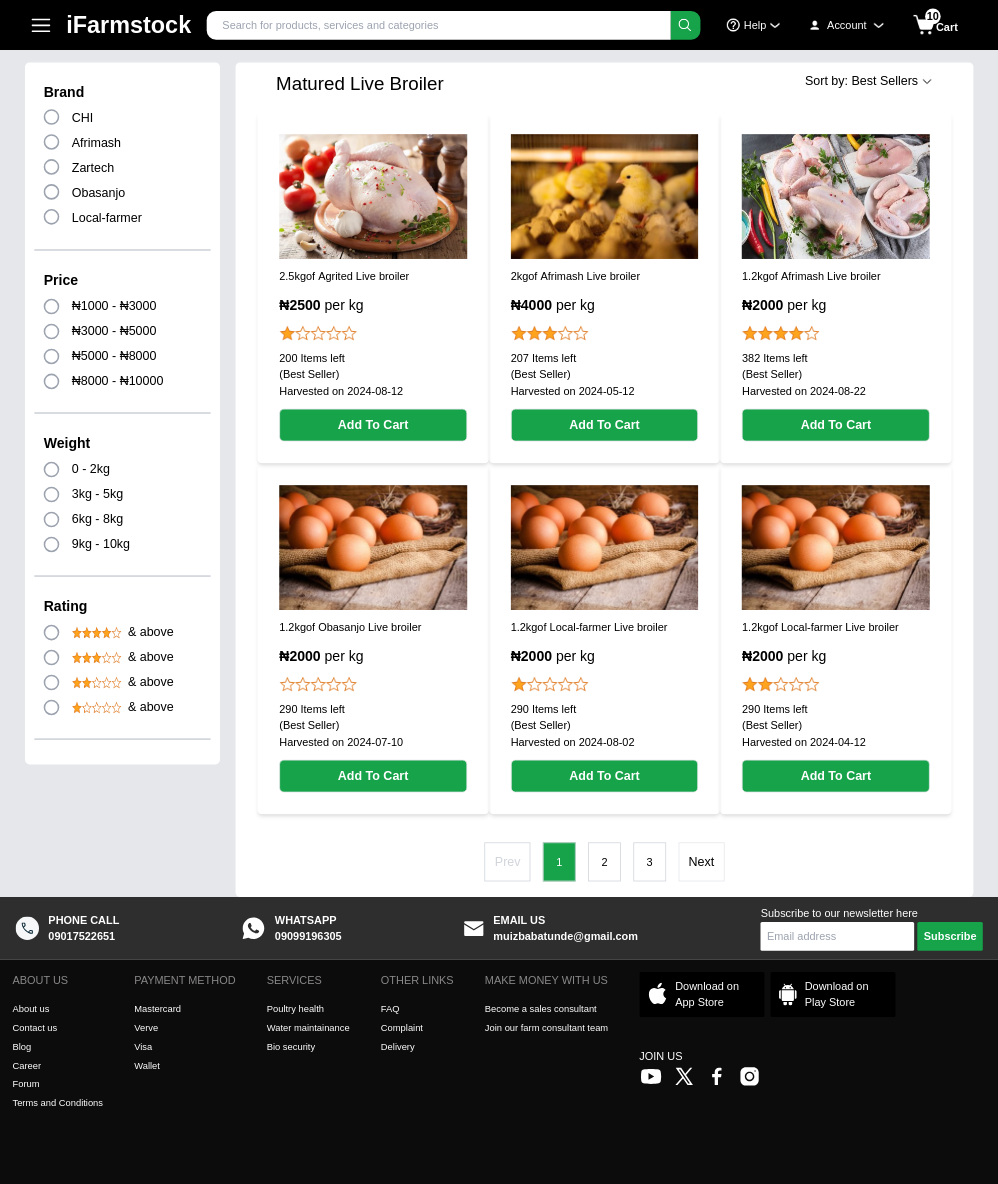
Repository: IssaMuiz/ifarmstock
Page: /matured-broiler
The author's editor kept a copy of each file at every save. The page is drawn from the files as they stood at one save, then again after the next save.
The browser window is 1280 px wide. The pictures show the whole page, at 78% of full size.
The project was rebuilt for these pictures with package versions that can differ from the ones it lists, and the page was loaded fresh each time. The framework's server and built-in components were replaced by stand-ins that run in the browser. Also part of the build but not shown: next.config.mjs.

Above is the page before, as saved 2024-09-12 05:22:58.

### app/layout.tsx
import "@/styles/globals.css";
import Footer from "@/components/footer";
import ClientLayout from "@/components/clientLayout";
export const metadata = {
  title: "iFarmStock",
  description: "Livestock farming e-commerce website",
};

export default function RootLayout({
  children,
}: {
  children: React.ReactNode;
}) {
  return (
    <html lang="en">
      <body className="bg-gray-200 min-h-screen w-auto flex flex-col ">
        <main className="flex-grow">
          <ClientLayout>{children}</ClientLayout>
        </main>
        <footer>
          <Footer />
        </footer>
      </body>
    </html>
  );
}

### styles/globals.css
@tailwind base;
@tailwind components;
@tailwind utilities;

.scrollbar {
  scrollbar-width: thin;
}

.text {
  color: white;
}

body {
  font-family: Arial, Helvetica, sans-serif;
  font-size: 14px;
}

### components/clientLayout.tsx
"use client";
import Navbar from "@/components/navbar";
import Sidenav from "@/components/sidenav";
import { useState, createContext } from "react";

export const SidebarContext = createContext({
  isOpen: false,
  toggleSidebar: () => {},
});

const ClientLayout = ({ children }: { children: React.ReactNode }) => {
  const [isOpen, setIsOpen] = useState(false);

  const toggleSidebar = () => {
    setIsOpen((prev) => !prev);
  };
  return (
    <SidebarContext.Provider value={{ isOpen, toggleSidebar }}>
      <Navbar />
      <Sidenav />
      <div
        className={`fixed inset-0 bg-black transition-opacity duration-300 ease-in-out z-10 ${
          isOpen
            ? "opacity-70 pointer-events-auto"
            : "opacity-0 pointer-events-none"
        }`}
        onClick={toggleSidebar}
      ></div>
      <section
        className={`relative z-0 transition-all duration-300 ease-in-out `}
      >
        {children}
      </section>
    </SidebarContext.Provider>
  );
};

export default ClientLayout;

### components/filter.tsx
import Image from "next/image";

interface ratingImageProps {
  value: number;
  img: string;
}

type PriceType = [number, number] | null;
type weightType = [number, number] | null;
interface FilterProps {
  showWeightFilter?: boolean;
  resetFilter: () => void;
  togglePrice: (range: PriceType) => void;
  toggleWeight: (range: weightType) => void;
  toggleRating: (rate: number) => void;
  toggleBrand: (brand: string) => void;
  selectedBrand: string | null;
  ratingImages: ratingImageProps[];
  priceRange: PriceType;
  weightRange: weightType;
  rating: number | null;
}

const Filter: React.FC<FilterProps> = ({
  showWeightFilter,
  toggleWeight,
  toggleBrand,
  togglePrice,
  toggleRating,
  selectedBrand,
  priceRange,
  weightRange,
  rating,
  ratingImages,
}) => {
  return (
    <section className="Left-side-sorting relative flex-col bg-white p-3 mobile:w-full tablet:w-[250px] text-left rounded-md mobile:h-full tablet:max-h-[900px]">
      <div
        className="flex flex-col gap-2 border-b border-gray-400 p-3 mb-3 pb-5 text-left
      "
      >
        <fieldset className="text-base text-left">
          <legend className="text-lg font-semibold mb-2 ">Brand</legend>
          {["CHI", "Afrimash", "Zartech", "Obasanjo", "Local-farmer"].map(
            (brand) => (
              <label
                key={brand}
                className=" mb-2 cursor-pointer flex gap-2 w-max "
              >
                <div
                  className={`w-2 h-2 mr-2 relative p-2 rounded-full border-2 hover:border-green-600 ${
                    selectedBrand === brand
                      ? "border-green-600 bg-green-600"
                      : "border-gray-400"
                  }`}
                ></div>
                <input
                  type="checkbox"
                  name="brand"
                  value={brand}
                  checked={selectedBrand === brand}
                  onChange={() => toggleBrand(brand)}
                  className="mr-2 hidden"
                />
                <span>{brand}</span>
              </label>
            )
          )}
        </fieldset>
      </div>
      <div className="flex flex-col gap-2 border-b border-gray-400 p-3 mb-3 pb-5">
        <fieldset className="text-base">
          <legend className="text-lg font-semibold mb-2">Price</legend>

          <label className="flex items-center gap-2 mb-2 cursor-pointer w-max">
            <div
              className={`w-2 h-2 mr-2 relative p-2 rounded-full border-2 hover:border-green-600 ${
                priceRange?.[0] === 1000 && priceRange?.[1] === 3000
                  ? "border-green-600 bg-green-600"
                  : "border-gray-400"
              }`}
            ></div>
            <input
              type="checkbox"
              name="price"
              value="1000 - 3000"
              checked={priceRange?.[0] === 1000 && priceRange?.[1] === 3000}
              onChange={() => togglePrice([1000, 3000])}
              className="mr-2 hidden"
            />
            &#8358;1000 - &#8358;3000
          </label>
          <label className="flex items-center gap-2 mb-2 cursor-pointer w-max">
            <div
              className={`w-2 h-2 mr-2 relative p-2 rounded-full border-2 hover:border-green-600 ${
                priceRange?.[0] === 3000 && priceRange[1] === 5000
                  ? "border-green-600 bg-green-600"
                  : "border-gray-400"
              }`}
            ></div>
            <input
              type="checkbox"
              name="price"
              value="3000 - 5000"
              checked={priceRange?.[0] === 3000 && priceRange?.[1] === 5000}
              onChange={() => togglePrice([3000, 5000])}
              className="mr-2 hidden"
            />
            &#8358;3000 - &#8358;5000
          </label>
          <label className="flex items-center gap-2 mb-2 cursor-pointer w-max">
            <div
              className={`w-2 h-2 mr-2 relative p-2 rounded-full border-2 hover:border-green-600 ${
                priceRange?.[0] === 5000 && priceRange?.[1] === 8000
                  ? "border-green-600 bg-green-600"
                  : "border-gray-400"
              }`}
            ></div>
            <input
              type="checkbox"
              name="price"
              value="5000 - 8000"
              checked={priceRange?.[0] === 5000 && priceRange?.[1] === 8000}
              onChange={() => togglePrice([5000, 8000])}
              className="mr-2 hidden"
            />
            &#8358;5000 - &#8358;8000
          </label>
          <label className="flex items-center gap-2 mb-2 cursor-pointer w-max">
            <div
              className={`w-2 h-2 mr-2 relative p-2 rounded-full border-2 hover:border-green-600 ${
                priceRange?.[0] === 8000 && priceRange?.[1] === 10000
                  ? "border-green-600 bg-green-600"
                  : "border-gray-400"
              }`}
            ></div>
            <input
              type="checkbox"
              name="price"
              value="8000 - 10000"
              checked={priceRange?.[0] === 8000 && priceRange?.[1] === 10000}
              onChange={() => togglePrice([8000, 10000])}
              className="mr-2 hidden"
            />
            &#8358;8000 - &#8358;10000
          </label>
        </fieldset>
      </div>
      {showWeightFilter && (
        <div className="flex flex-col gap-2 border-b border-gray-400 p-3 mb-3 pb-5">
          <fieldset className="text-base">
            <legend className="text-lg font-semibold mb-2">Weight</legend>

            <label className="flex items-center gap-2 mb-2 cursor-pointer w-max">
              <div
                className={`w-2 h-2 mr-2 relative p-2 rounded-full border-2 hover:border-green-600 ${
                  weightRange?.[0] === 0 && weightRange?.[1] === 2
                    ? "border-green-600 bg-green-600"
                    : "border-gray-400"
                }`}
              ></div>
              <input
                type="checkbox"
                name="weight"
                value="0 - 2"
                checked={priceRange?.[0] === 0 && priceRange?.[1] === 2}
                onChange={() => toggleWeight([0, 2])}
                className="mr-2 hidden"
              />
              0 - 2kg
            </label>
            <label className="flex items-center gap-2 mb-2 cursor-pointer w-max">
              <div
                className={`w-2 h-2 mr-2 relative p-2 rounded-full border-2 hover:border-green-600 ${
                  weightRange?.[0] === 3 && weightRange[1] === 5
                    ? "border-green-600 bg-green-600"
                    : "border-gray-400"
                }`}
              ></div>
              <input
                type="checkbox"
                name="weight"
                value="3 - 5"
                checked={weightRange?.[0] === 3 && weightRange?.[1] === 5}
                onChange={() => toggleWeight([3, 5])}
                className="mr-2 hidden"
              />
              3kg - 5kg
            </label>
            <label className="flex items-center gap-2 mb-2 cursor-pointer w-max">
              <div
                className={`w-2 h-2 mr-2 relative p-2 rounded-full border-2 hover:border-green-600 ${
                  weightRange?.[0] === 6 && weightRange?.[1] === 8
                    ? "border-green-600 bg-green-600"
                    : "border-gray-400"
                }`}
              ></div>
              <input
                type="checkbox"
                name="weight"
                value="6 - 8"
                checked={weightRange?.[0] === 6 && weightRange?.[1] === 8}
                onChange={() => toggleWeight([6, 8])}
                className="mr-2 hidden"
              />
              6kg - 8kg
            </label>
            <label className="flex items-center gap-2 mb-2 cursor-pointer w-max">
              <div
                className={`w-2 h-2 mr-2 relative p-2 rounded-full border-2 hover:border-green-600 ${
                  weightRange?.[0] === 9 && weightRange?.[1] === 10
                    ? "border-green-600 bg-green-600"
                    : "border-gray-400"
                }`}
              ></div>
              <input
                type="checkbox"
                name="weight"
                value="8000 - 10000"
                checked={weightRange?.[0] === 9 && weightRange?.[1] === 10}
                onChange={() => toggleWeight([9, 10])}
                className="mr-2 hidden"
              />
              9kg - 10kg
            </label>
          </fieldset>
        </div>
      )}

      <div className="flex flex-col gap-2 border-b border-gray-400 p-3 mb-3 pb-5">
        <fieldset className="text-base">
          <legend className="text-lg font-semibold mb-2">Rating</legend>
          {ratingImages.map((rate) => (
            <label
              key={rate.value}
              className="flex items-center gap-2 cursor-pointer mb-2 w-max"
            >
              <div
                className={`w-2 h-2 mr-2 relative p-2 rounded-full border-2 hover:border-green-600 ${
                  rating === rate.value
                    ? "border-green-600 bg-green-600"
                    : "border-gray-400"
                }`}
              ></div>
              <input
                type="checkbox"
                name="rating"
                value={rate.value}
                checked={rating === rate.value}
                onChange={() => toggleRating(rate.value)}
                className="mr-2 hidden"
              />
              <Image
                src={rate.img}
                alt={`${rate.value} Star`}
                width={50}
                height={10}
                className="w-16 h-4"
              />
              & above
            </label>
          ))}
        </fieldset>
      </div>
    </section>
  );
};

export default Filter;

### components/pagination.tsx
interface PaginationProps {
  currentPage: number;
  handlePrevPage: () => void;
  getPagenumbers: () => number[];
  handlePageClick: (pageNumber: number) => void;
  totalPages: number;
  handleNextPage: () => void;
}

const Pagination: React.FC<PaginationProps> = ({
  currentPage,
  handlePrevPage,
  getPagenumbers,
  handlePageClick,
  totalPages,
  handleNextPage,
}) => {
  return (
    <div className="flex tablet:gap-4 mobile:gap-2 mx-auto mt-5">
      <button
        disabled={currentPage === 1}
        onClick={handlePrevPage}
        className={`border tablet:p-3 mobile:p-1 tablet:text-base mobile:text-sm  ${
          currentPage === 1
            ? " border-gray-300 text-gray-300 "
            : "hover:border-green-600 "
        }`}
      >
        Prev
      </button>
      {getPagenumbers().map((pageNumber) => (
        <button
          key={pageNumber}
          onClick={() => handlePageClick(pageNumber)}
          className={`${
            pageNumber === currentPage
              ? "active bg-green-600 text cursor-pointer"
              : ""
          } border border-gray-300 tablet:px-4 mobile:px-2 tablet:py-1 hover:border-green-600`}
        >
          {pageNumber}
        </button>
      ))}

      <button
        disabled={currentPage === totalPages}
        onClick={handleNextPage}
        className={`border tablet:p-3 mobile:p-1 tablet:text-base mobile:text-sm ${
          currentPage === totalPages
            ? " border-gray-300 text-gray-300 "
            : "hover:border-green-600 cursor-pointer"
        }`}
      >
        Next
      </button>
    </div>
  );
};

export default Pagination;

### components/sidenav.tsx
"use client";
import Image from "next/image";
import Link from "next/link";
import { useState } from "react";
import { useContext } from "react";
import { SidebarContext } from "./clientLayout";
const Sidenav = () => {
  const { toggleSidebar } = useContext(SidebarContext);
  const [categories, setCategories] = useState([
    {
      id: "1",
      name: "Broilers",
      expanded: false,
      arrowIcon: "/assets/icons/arrow-icon--right.png",
      dropdownlink: [
        { name: "Day Old Broilers", link: "/day-old-broilers" },
        { name: "Matured Live Broilers", link: "/matured-live-broilers" },
        { name: "Bulk Purchases Broilers", link: "/broilers-bulk-purchases" },
      ],
    },
    {
      id: "2",
      name: "Frozen Chickens",
      expanded: false,
      arrowIcon: "/assets/icons/arrow-icon--right.png",
      dropdownlink: [
        { name: "Whole Frozen Chickens", link: "/" },
        { name: "Frozen Chickens Parts", link: "/" },
        { name: "Bulk Purchases Frozens Chickens", link: "/" },
      ],
    },
    {
      id: "3",
      name: "Catfish",
      expanded: false,

      arrowIcon: "/assets/icons/arrow-icon--right.png",
      dropdownlink: [
        { name: "Matured Catfish", link: "/" },
        { name: "smoked Catfish", link: "/" },
        { name: "Bulk Purchases Catfish", link: "/" },
      ],
    },
  ]);

  const handleDropdown = (id: string) => {
    setCategories((prev) =>
      prev.map((category) =>
        category.id === id
          ? { ...category, expanded: !category.expanded }
          : category
      )
    );
  };

  const { isOpen } = useContext(SidebarContext);
  return (
    <nav>
      <div
        className={`fixed overflow-x-hidden scrollbar h-auto overflow-auto z-20 left-0 top-0 bottom-0 tablet:w-[300px] mobile:w-[250px] transform transition-transform duration-300  bg-gray-100 ${
          isOpen ? "translate-x-0" : "-translate-x-full"
        }`}
      >
        <button
          onClick={toggleSidebar}
          className="absolute text top-2 right-2 text-4xl font-thin"
        >
          &times;
        </button>
        <div className="bg-green-600 h-14 flex items-center text text-2xl pl-5 font-semibold gap-3">
          <Image
            src="/assets/icons/account.png"
            alt="profile-icon"
            height={25}
            width={25}
          />
          <p>Hello User</p>
        </div>
        <div className=" ">
          {categories.map((category) => (
            <div onClick={() => handleDropdown(category.id)} key={category.id}>
              <div className="text-lg flex justify-between items-center font-semibold hover:bg-gray-300 mt-5 p-2 cursor-pointer">
                <div>{category.name}</div>

                <Image
                  className={`${
                    category.expanded &&
                    "rotate-90 duration-300 transition-transform"
                  } h-4 w-4`}
                  src={category.arrowIcon}
                  alt="arrow-icon"
                  width={3}
                  height={3}
                />
              </div>

              <div>
                {category.expanded && (
                  <div>
                    {category.dropdownlink.map((dropdown, index) => (
                      <div
                        onClick={toggleSidebar}
                        className="hover:bg-gray-300"
                        key={index}
                      >
                        <Link href={dropdown.link}>
                          <div className="p-3 text-md ">{dropdown.name}</div>
                        </Link>
                      </div>
                    ))}
                  </div>
                )}
              </div>
            </div>
          ))}
        </div>
      </div>
    </nav>
  );
};

export default Sidenav;

### tailwind.config.ts
import type { Config } from "tailwindcss";

const config: Config = {
  content: [
    "./pages/**/*.{js,ts,jsx,tsx,mdx}",
    "./components/**/*.{js,ts,jsx,tsx,mdx}",
    "./app/**/*.{js,ts,jsx,tsx,mdx}",
  ],
  theme: {
    extend: {
      screens: {
        mobile: "320px",
        tablet: "768px",
        desktop: "1024px",
      },
    },
  },
  plugins: [],
};
export default config;

Loaded but not shown: models/broiler.json (242 lines, source omitted); components/footer.tsx (335 lines, source omitted); app/matured-broiler/page.tsx (474 lines, source omitted); components/navbar.tsx (148 lines, source omitted); components/sorting.tsx (116 lines, source omitted)

After the next save:
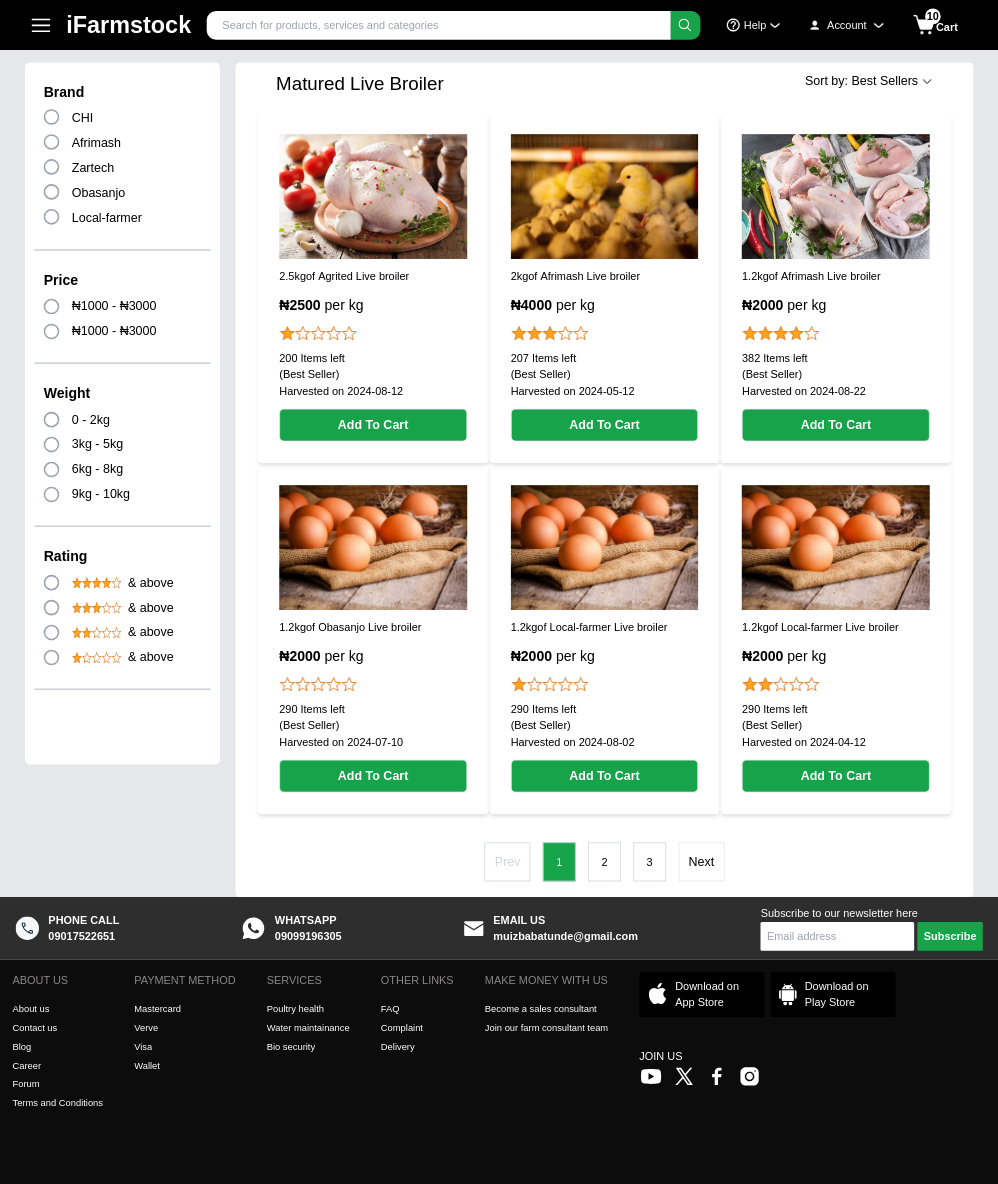
Saved 10 min 6 s later.
--- a/components/filter.tsx
+++ b/components/filter.tsx
@@ -5,7 +5,7 @@ interface ratingImageProps {
   img: string;
 }
 
-type PriceType = [number, number] | null;
+type PriceType = [min: number, max: number] | null;
 type weightType = [number, number] | null;
 interface FilterProps {
   showWeightFilter?: boolean;
@@ -19,9 +19,11 @@ interface FilterProps {
   priceRange: PriceType;
   weightRange: weightType;
   rating: number | null;
+  setPriceRange: PriceType;
 }
 
 const Filter: React.FC<FilterProps> = ({
+  setPriceRange,
   showWeightFilter,
   toggleWeight,
   toggleBrand,
@@ -33,6 +35,15 @@ const Filter: React.FC<FilterProps> = ({
   rating,
   ratingImages,
 }) => {
+  const handlePriceChange = (
+    e: React.ChangeEvent<HTMLInputElement>,
+    index: number
+  ) => {
+    const newRange = [...priceRange];
+
+    newRange[index] = Number(e.target.value);
+    setPriceRange(newRange as [number, number]);
+  };
   return (
     <section className="Left-side-sorting relative flex-col bg-white p-3 mobile:w-full tablet:w-[250px] text-left rounded-md mobile:h-full tablet:max-h-[900px]">
       <div
@@ -71,79 +82,29 @@ const Filter: React.FC<FilterProps> = ({
       <div className="flex flex-col gap-2 border-b border-gray-400 p-3 mb-3 pb-5">
         <fieldset className="text-base">
           <legend className="text-lg font-semibold mb-2">Price</legend>
-
-          <label className="flex items-center gap-2 mb-2 cursor-pointer w-max">
-            <div
-              className={`w-2 h-2 mr-2 relative p-2 rounded-full border-2 hover:border-green-600 ${
-                priceRange?.[0] === 1000 && priceRange?.[1] === 3000
-                  ? "border-green-600 bg-green-600"
-                  : "border-gray-400"
-              }`}
-            ></div>
-            <input
-              type="checkbox"
-              name="price"
-              value="1000 - 3000"
-              checked={priceRange?.[0] === 1000 && priceRange?.[1] === 3000}
-              onChange={() => togglePrice([1000, 3000])}
-              className="mr-2 hidden"
-            />
-            &#8358;1000 - &#8358;3000
-          </label>
-          <label className="flex items-center gap-2 mb-2 cursor-pointer w-max">
-            <div
-              className={`w-2 h-2 mr-2 relative p-2 rounded-full border-2 hover:border-green-600 ${
-                priceRange?.[0] === 3000 && priceRange[1] === 5000
-                  ? "border-green-600 bg-green-600"
-                  : "border-gray-400"
-              }`}
-            ></div>
-            <input
-              type="checkbox"
-              name="price"
-              value="3000 - 5000"
-              checked={priceRange?.[0] === 3000 && priceRange?.[1] === 5000}
-              onChange={() => togglePrice([3000, 5000])}
-              className="mr-2 hidden"
-            />
-            &#8358;3000 - &#8358;5000
-          </label>
-          <label className="flex items-center gap-2 mb-2 cursor-pointer w-max">
-            <div
-              className={`w-2 h-2 mr-2 relative p-2 rounded-full border-2 hover:border-green-600 ${
-                priceRange?.[0] === 5000 && priceRange?.[1] === 8000
-                  ? "border-green-600 bg-green-600"
-                  : "border-gray-400"
-              }`}
-            ></div>
-            <input
-              type="checkbox"
-              name="price"
-              value="5000 - 8000"
-              checked={priceRange?.[0] === 5000 && priceRange?.[1] === 8000}
-              onChange={() => togglePrice([5000, 8000])}
-              className="mr-2 hidden"
-            />
-            &#8358;5000 - &#8358;8000
-          </label>
-          <label className="flex items-center gap-2 mb-2 cursor-pointer w-max">
-            <div
-              className={`w-2 h-2 mr-2 relative p-2 rounded-full border-2 hover:border-green-600 ${
-                priceRange?.[0] === 8000 && priceRange?.[1] === 10000
-                  ? "border-green-600 bg-green-600"
-                  : "border-gray-400"
-              }`}
-            ></div>
-            <input
-              type="checkbox"
-              name="price"
-              value="8000 - 10000"
-              checked={priceRange?.[0] === 8000 && priceRange?.[1] === 10000}
-              onChange={() => togglePrice([8000, 10000])}
-              className="mr-2 hidden"
-            />
-            &#8358;8000 - &#8358;10000
-          </label>
+          {priceRange?.map((range, index) => (
+            <label
+              key={index}
+              className="flex items-center gap-2 mb-2 cursor-pointer w-max"
+            >
+              <div
+                className={`w-2 h-2 mr-2 relative p-2 rounded-full border-2 hover:border-green-600 ${
+                  priceRange?.[0] === 1000 && priceRange?.[1] === 3000
+                    ? "border-green-600 bg-green-600"
+                    : "border-gray-400"
+                }`}
+              ></div>
+              <input
+                type="checkbox"
+                name="priceRange"
+                value={`${range.min} - ${range.min}`}
+                checked={priceRange?.[0] === 1000 && priceRange?.[1] === 3000}
+                onChange={() => togglePrice([1000, 3000])}
+                className="mr-2 hidden"
+              />
+              &#8358;1000 - &#8358;3000
+            </label>
+          ))}
         </fieldset>
       </div>
       {showWeightFilter && (
